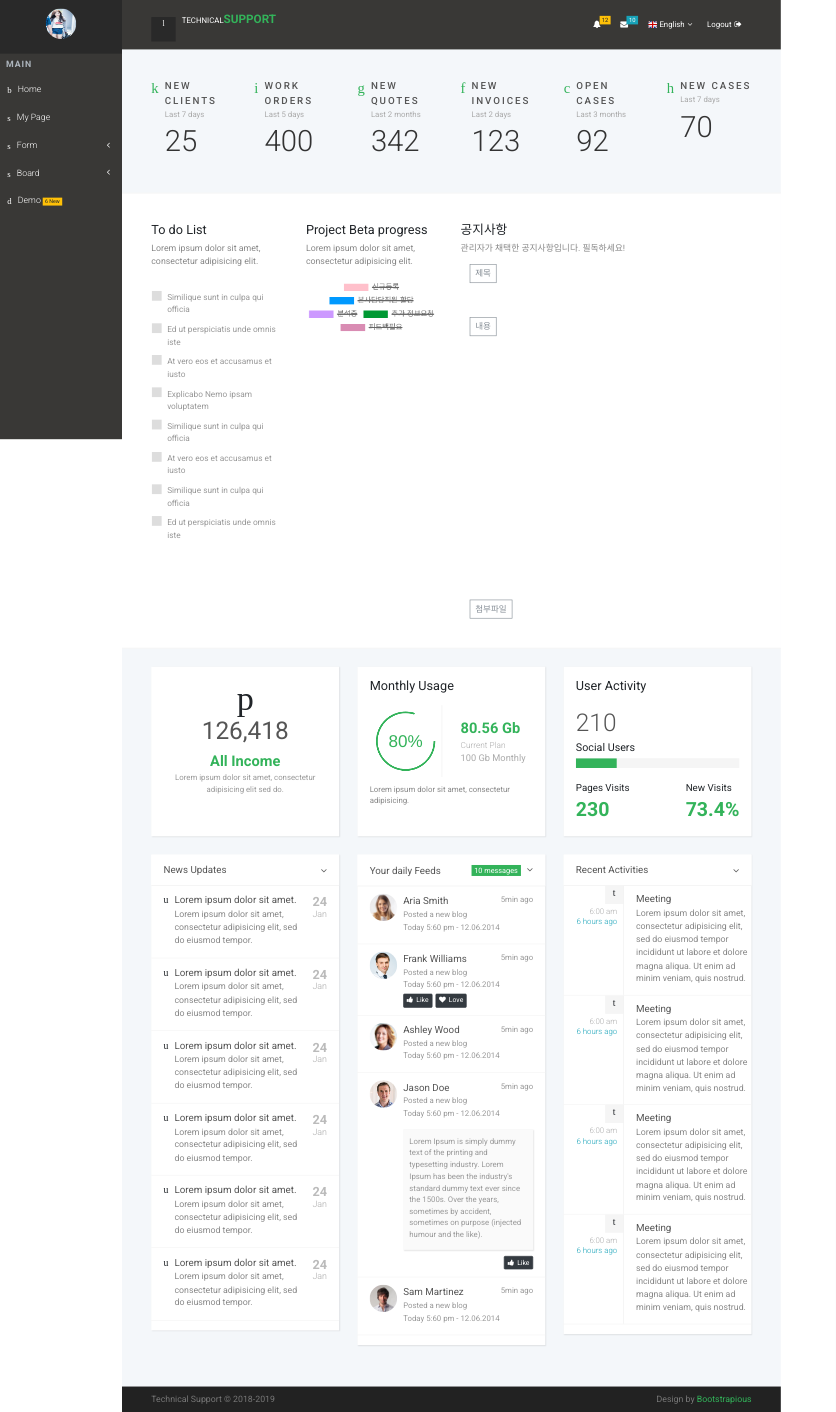
Repository: chi468/Tech_Support_Solution
Page: http://localhost/sol/views/main.jsp
The author's editor kept a copy of each file at every save. The page is drawn from the files as they stood at one save, then again after the next save.
The browser window is 1280 px wide. The page is 1370 px wide, so the pictures cover 1370 px, including what lies to the right of the window. The pictures show the whole page, at 61% of full size.
Some web fonts or font styles are not loaded; a fallback is used. The page is served by Tomcat 9. The template is opened directly, without the code that normally fills it, so the values that code supplies are empty.

Above is the page before, as saved 2018-12-05 05:20:34.

After the next save:
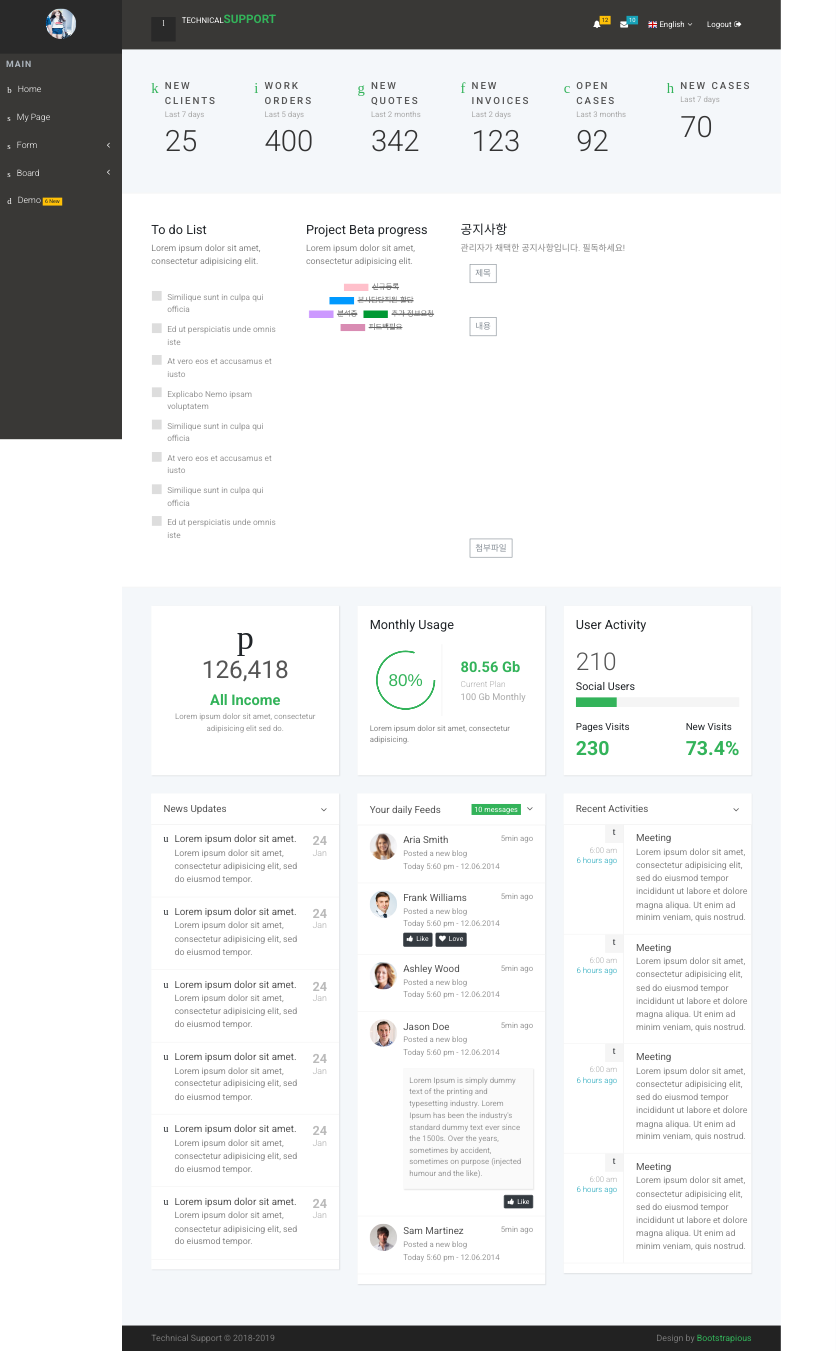
Saved 8 s later.
--- a/web_workspace_sol/sol/WebContent/views/main.jsp
+++ b/web_workspace_sol/sol/WebContent/views/main.jsp
@@ -145,7 +145,7 @@
     					 </h1>
     		   		     <br><br>
           			     <p class="lead text-muted"><button type="button" class="btn btn-sm btn-outline-secondary">내용</button>&nbsp;
-         	 			 	<div style="overflow; scroll; width:600px; height:400px; class="btn btn-sm btn-outline-secondary">
+         	 			 	<div style="overflow; scroll; width:600px; height:300px; class="btn btn-sm btn-outline-secondary">
 	          					${requestScope.board.text}
          	 			 	</div>
         				 </p>
